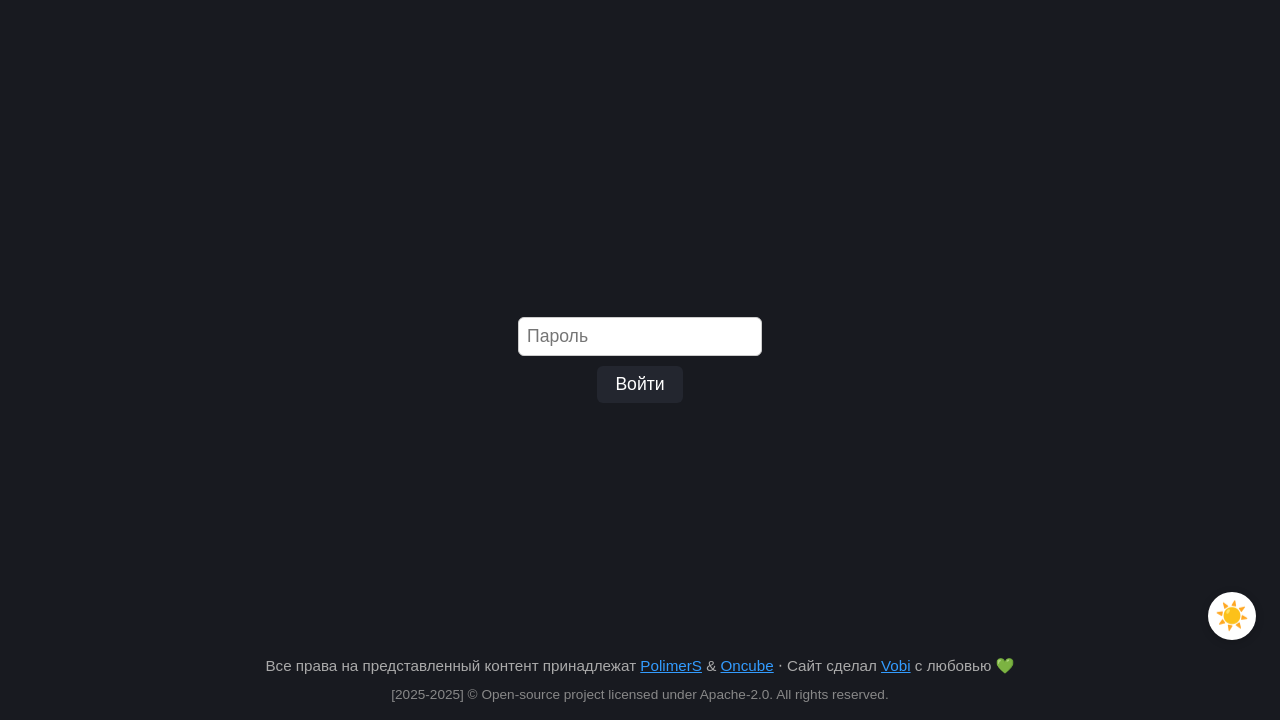
Repository: oncube-dev/OnCube-dev_website
Page: files_for_hosting/html_plus_js.version/index.html
These files come from the project's save history. The page is drawn as it stood at one moment and after the next save; the edit follows.
The browser window is 1280 px wide. The pictures show the whole page.
The page's requests for data from a server got no answer.

Above is the page before, as saved 2025-07-28 14:40:16.

### files_for_hosting/html_plus_js.version/index.html
<!DOCTYPE html>
<html lang="ru">
<head>
    <meta charset="UTF-8">
    <title>Полимер, когда видео?</title>
    <link rel="stylesheet" href="style.css">
    <style>
        body { transition: background 0.2s, color 0.2s; }
        #auth-copyright {
            position: absolute;
            left: 0;
            right: 0;
            bottom: 24px;
            text-align: center;
            font-size: 0.85em;
            color: #888;
            width: 100%;
            pointer-events: none;
        }
        .footer-note {
            position: fixed;
            left: 0;
            right: 0;
            bottom: 45px;
            text-align: center;
            font-size: 0.95em;
            color: #888;
            width: 100vw;
            z-index: 101;
            background: none;
            pointer-events: none;
        }
        #auth-copyright {
            position: fixed;
            left: 0;
            right: 0;
            bottom: 18px;
            text-align: center;
            font-size: 0.85em;
            color: #888;
            width: 100vw;
            pointer-events: none;
            z-index: 100;
        }
    </style>
</head>
<body>
    <div id="auth-container" style="display:flex; flex-direction:column; align-items:center; justify-content:center; min-height:100vh; position:relative;">
        <input type="password" id="password-input" placeholder="Пароль" style="padding:8px; font-size:1.1em; margin-bottom:10px; border-radius:6px; border:1px solid #ccc;">
        <button id="login-btn" style="padding:8px 18px; font-size:1.1em; border-radius:6px; border:none; background:#23262f; color:#fff; cursor:pointer;">Войти</button>
        <div id="auth-error" style="color:#d32f2f; margin-top:10px; display:none;">Неверный пароль!</div>
    </div>
    <div id="main-content" style="display:none;">
        <div class="timer-container">
            <h1>С момента выхода последнего видео PolimerS прошло:</h1>
            <div id="timer">Загрузка...</div>
        </div>
    </div>
    <button id="theme-toggle" class="theme-toggle-btn" title="Переключить тему">🌙</button>
    <footer class="footer-note">
        Все права на представленный контент принадлежат <a href="https://www.youtube.com/@PolimerS" target="_blank" style="text-decoration:underline;">PolimerS</a> & <a href="https://github.com/oncube-dev" target="_blank" style="text-decoration:underline;">Oncube</a> ⋅ Сайт сделал <a href="https://vobi.bio.link/" target="_blank" style="text-decoration:underline;">Vobi</a> с любовью 💚
    </footer>
    <div id="auth-copyright">[2025-2025] © Open-source project licensed under Apache-2.0. All rights reserved.</div>
    <script>
        const API_KEY = 'AIzaSyD_5JR2KFtfjfmsiwnueCyyJkvWOh__aOI';
        const CHANNEL_ID = 'UCACwRQLU0Bq5yxijfnBPRfQ';

        let startDate = null;

        async function fetchLastVideoDate() {
            try {
                const apiUrl = `https://www.googleapis.com/youtube/v3/search?key=${API_KEY}&channelId=${CHANNEL_ID}&part=snippet,id&order=date&maxResults=1`;
                const response = await fetch(apiUrl);
                if (!response.ok) throw new Error('Ошибка запроса к YouTube API');
                const data = await response.json();
                const video = data.items && data.items[0];
                if (video && video.snippet && video.snippet.publishedAt) {
                    startDate = new Date(video.snippet.publishedAt);
                } else {
                    throw new Error('Не удалось получить дату видео');
                }
            } catch (e) {
                document.getElementById('timer').textContent = 'Ошибка загрузки даты видео!';
                console.error(e);
            }
        }


        function updateTimer() {
            if (!startDate) return;
            const now = new Date();
            let diff = now - startDate;
            if (diff < 0) diff = 0;
            let seconds = Math.floor(diff / 1000);
            const days = Math.floor(seconds / (24 * 3600));
            seconds %= 24 * 3600;
            const hours = Math.floor(seconds / 3600);
            seconds %= 3600;
            const minutes = Math.floor(seconds / 60);
            seconds %= 60;
            function plural(n, one, two, five) {
                n = Math.abs(n) % 100;
                let n1 = n % 10;
                if (n > 10 && n < 20) return five;
                if (n1 > 1 && n1 < 5) return two;
                if (n1 == 1) return one;
                return five;
            }
            const daysText = plural(days, 'день', 'дня', 'дней');
            const hoursText = plural(hours, 'час', 'часа', 'часов');
            const minutesText = plural(minutes, 'минута', 'минуты', 'минут');
            const secondsText = plural(seconds, 'секунда', 'секунды', 'секунд');
            document.getElementById('timer').textContent = `${days} ${daysText} ${hours} ${hoursText} ${minutes} ${minutesText} ${seconds} ${secondsText}`;
        }

        async function initTimer() {
            document.getElementById('timer').textContent = 'Загрузка даты видео...';
            await fetchLastVideoDate();
            if (startDate) {
                updateTimer();
                setInterval(updateTimer, 1000);
            }
        }
        initTimer();

        const toggleBtn = document.getElementById('theme-toggle');
        const darkClass = 'dark-theme';
        let themePref = localStorage.getItem('theme');
        let isDark = themePref === null ? true : themePref === 'dark';
        setTheme(isDark);
        toggleBtn.onclick = () => {
            isDark = !isDark;
            setTheme(isDark);
            localStorage.setItem('theme', isDark ? 'dark' : 'light');
        };
        function setTheme(isDark) {
            if (isDark) {
                document.body.classList.add(darkClass);
                toggleBtn.textContent = '☀️';
            } else {
                document.body.classList.remove(darkClass);
                toggleBtn.textContent = '🌙';
            }
        }
    </script>
    <script>
        // --- ЧЕК-ИН ---
        const AUTH_PASSWORD = 'PS';
        const authContainer = document.getElementById('auth-container');
        const mainContent = document.getElementById('main-content');
        const loginBtn = document.getElementById('login-btn');
        const passwordInput = document.getElementById('password-input');
        const authError = document.getElementById('auth-error');
        function tryLogin() {
            if (passwordInput.value === AUTH_PASSWORD) {
                authContainer.style.display = 'none';
                mainContent.style.display = '';
            } else {
                authError.style.display = 'block';
                passwordInput.value = '';
                passwordInput.focus();
            }
        }
        loginBtn.onclick = tryLogin;
        passwordInput.addEventListener('keydown', function(e) {
            if (e.key === 'Enter') tryLogin();
        });
        // --- КОНЕЦ ЧЕК-ИНА ---
    </script>
</body>
</html>

### files_for_hosting/html_plus_js.version/style.css
body {
    background: #181a20;
    color: #f1f1f1;
    font-family: Arial, sans-serif;
    margin: 0;
    padding: 0;
    height: 100vh;
    display: flex;
    align-items: center;
    justify-content: center;
}

.timer-container {
    background: #23262f;
    padding: 40px 60px;
    border-radius: 16px;
    box-shadow: 0 4px 24px rgba(0,0,0,0.32);
    text-align: center;
    color: #f1f1f1;
}

.timer-container h1 {
    font-size: 2rem;
    font-weight: bold;
    color: #f1f1f1;
}

#timer {
    font-size: 3.5rem;
    font-weight: bold;
    margin-top: 8px;
    color: #111;
    letter-spacing: 1px;
}

.footer-note {
    font-size: 0.85rem;
    color: #aaa;
    text-align: center;
    position: fixed;
    left: 0;
    width: 100vw;
    bottom: 20px;
    margin: 0;
    z-index: 100;
    box-sizing: border-box;
}

.footer-note a {
    color: #339cff;
    text-decoration: underline;
}

.theme-toggle-btn {
    position: fixed;
    right: 24px;
    bottom: 80px;
    z-index: 200;
    background: #23262f;
    color: #ffe066;
    border: none;
    border-radius: 50%;
    width: 48px;
    height: 48px;
    font-size: 1.7rem;
    cursor: pointer;
    box-shadow: 0 2px 8px rgba(0,0,0,0.18);
    transition: background 0.2s, color 0.2s;
}
.theme-toggle-btn:hover {
    background: #ffe066;
    color: #23262f;
}

body {
    background: #f5f5f5;
    color: #23262f;
}
.timer-container {
    background: #fff;
    color: #23262f;
    box-shadow: 0 4px 24px rgba(0,0,0,0.08);
}
.timer-container h1 {
    color: #23262f;
}
#timer {
    color: #111;
}
.footer-note {
    color: #888;
}
.footer-note a {
    color: #1976d2;
}

body.dark-theme {
    background: #181a20;
    color: #f1f1f1;
}
.dark-theme .timer-container {
    background: #23262f;
    color: #f1f1f1;
    box-shadow: 0 4px 24px rgba(0,0,0,0.32);
}
.dark-theme .timer-container h1 {
    color: #f1f1f1;
}
.dark-theme #timer {
    color: #fff;
}
.dark-theme .footer-note {
    color: #aaa;
}
.dark-theme .footer-note a {
    color: #339cff;
}
.dark-theme .theme-toggle-btn {
    background: #fff;
    color: #23262f;
}
.dark-theme .theme-toggle-btn:hover {
    background: #23262f;
    color: #ffe066;
}

After the next save:
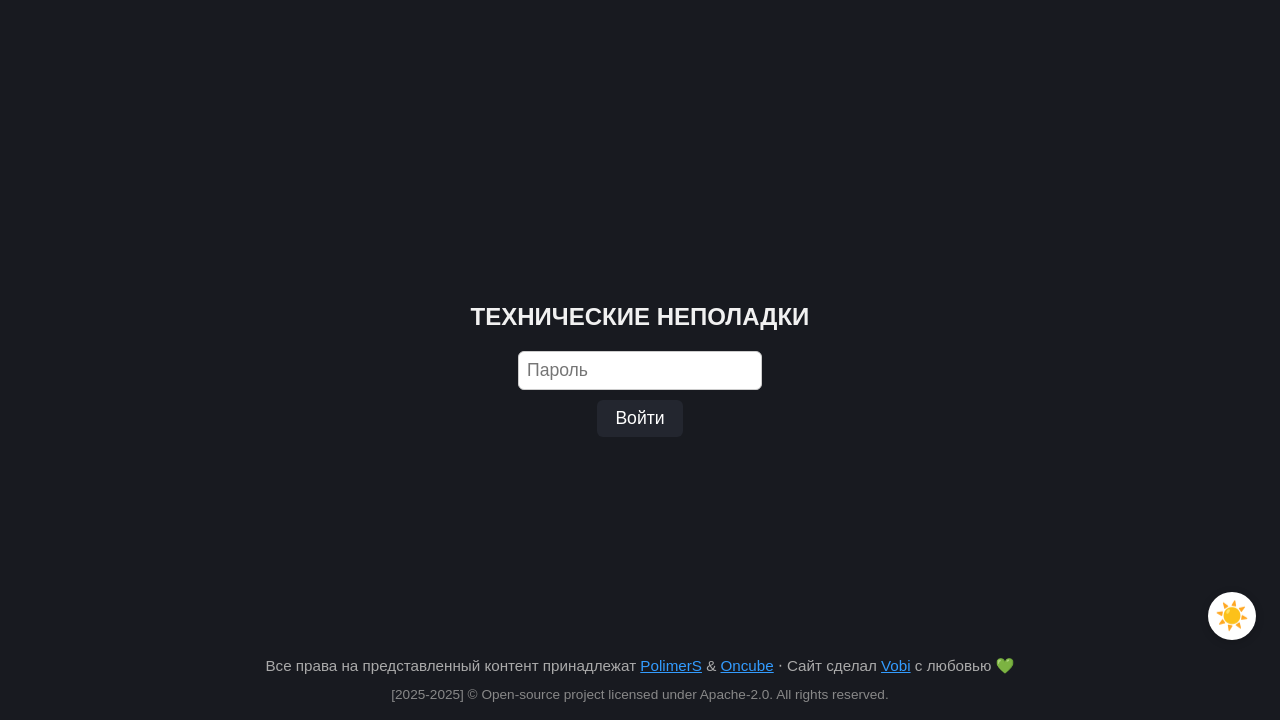
Saved 2 min 54 s later.
--- a/files_for_hosting/html_plus_js.version/index.html
+++ b/files_for_hosting/html_plus_js.version/index.html
@@ -46,6 +46,7 @@
 </head>
 <body>
     <div id="auth-container" style="display:flex; flex-direction:column; align-items:center; justify-content:center; min-height:100vh; position:relative;">
+       <h2>ТЕХНИЧЕСКИЕ НЕПОЛАДКИ</h2>
         <input type="password" id="password-input" placeholder="Пароль" style="padding:8px; font-size:1.1em; margin-bottom:10px; border-radius:6px; border:1px solid #ccc;">
         <button id="login-btn" style="padding:8px 18px; font-size:1.1em; border-radius:6px; border:none; background:#23262f; color:#fff; cursor:pointer;">Войти</button>
         <div id="auth-error" style="color:#d32f2f; margin-top:10px; display:none;">Неверный пароль!</div>
